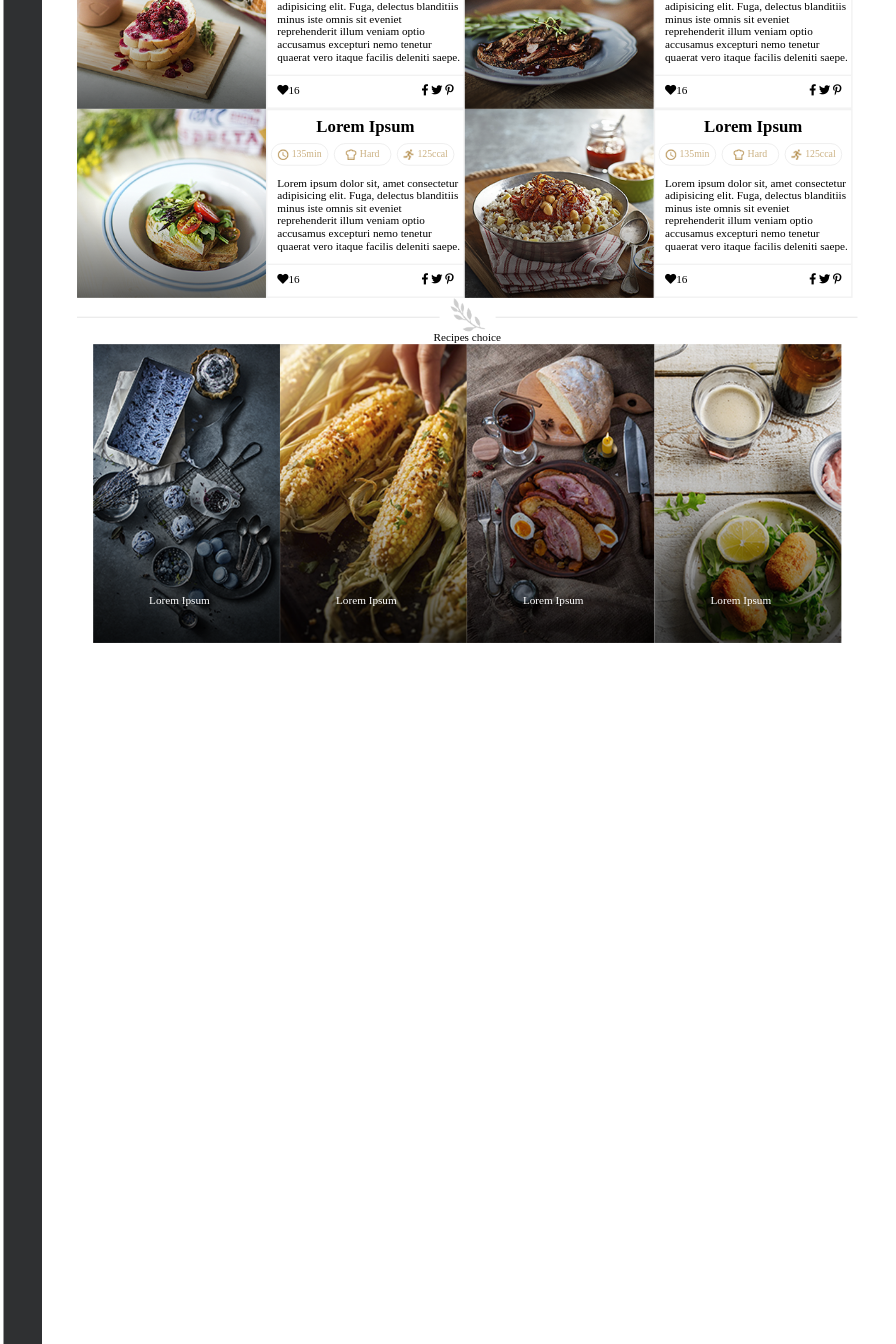
Repository: grzegorzgebala/recipeCatalog
Page: index.html
These files come from the project's save history. The page is drawn as it stood at one moment and after the next save; the edit follows.
The browser window is 1280 px wide. The pictures show the part of the page from y = 2272 to 4192 px (the page is 7016 px tall), at 70% of full size.
Some web libraries are served in a nearby version. The style sheet was rebuilt from its Sass, Less or Tailwind sources for each picture, by a compiler version that may differ from the author's.

Above is the page before, as saved 2019-05-03 00:17:48.

After the next save:
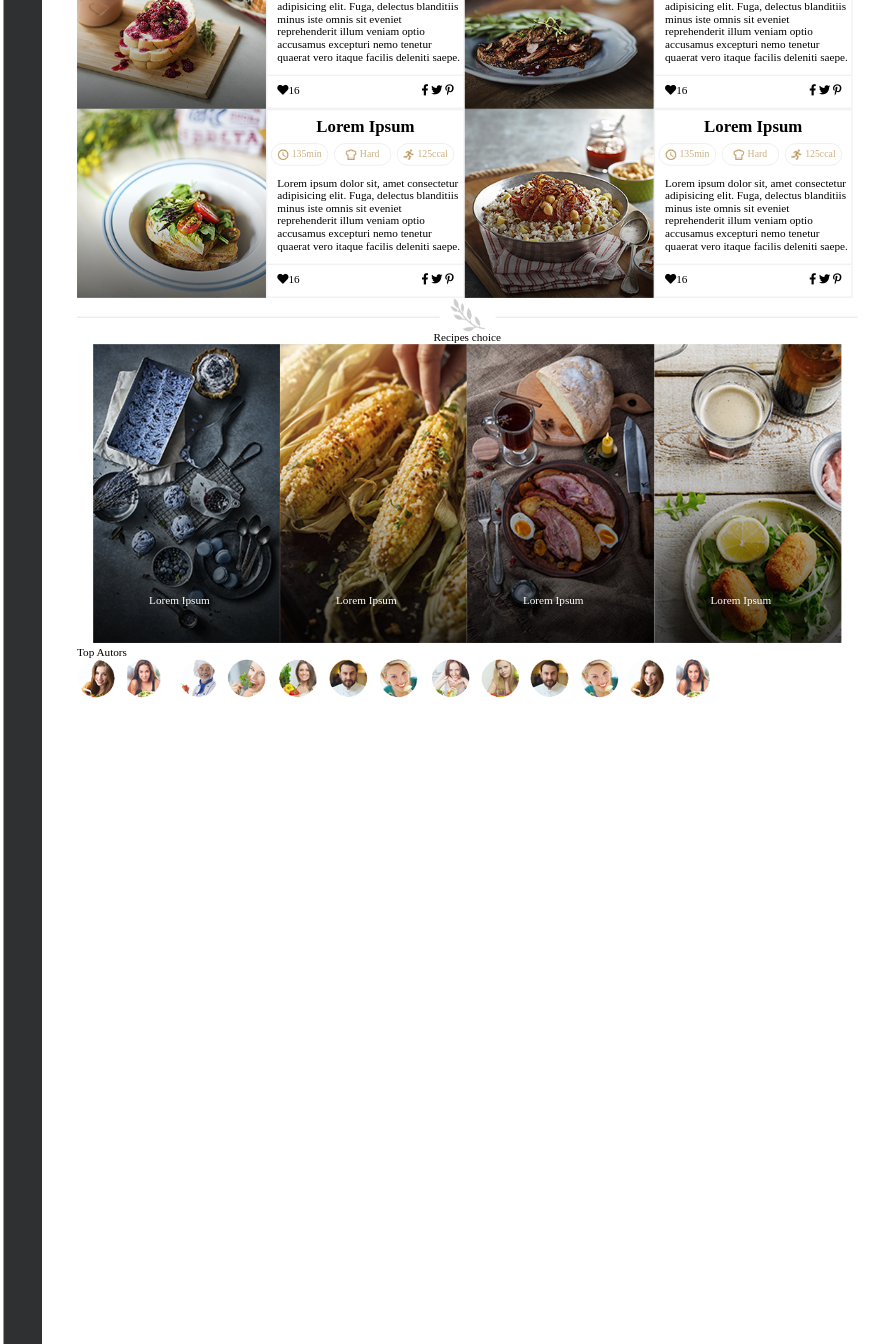
Saved 2 min 25 s later.
--- a/index.html
+++ b/index.html
@@ -433,10 +433,10 @@
                         <p>Lorem Ipsum</p>
                     </div>
                 </div>
-
             </section>
             <section class="TopAutors">
-
+                <div class="title">Top Autors</div>
+                <img src="./images/Pictures/section3/autors.png" alt="Autors">
             </section>
             <section class="contact">
 
